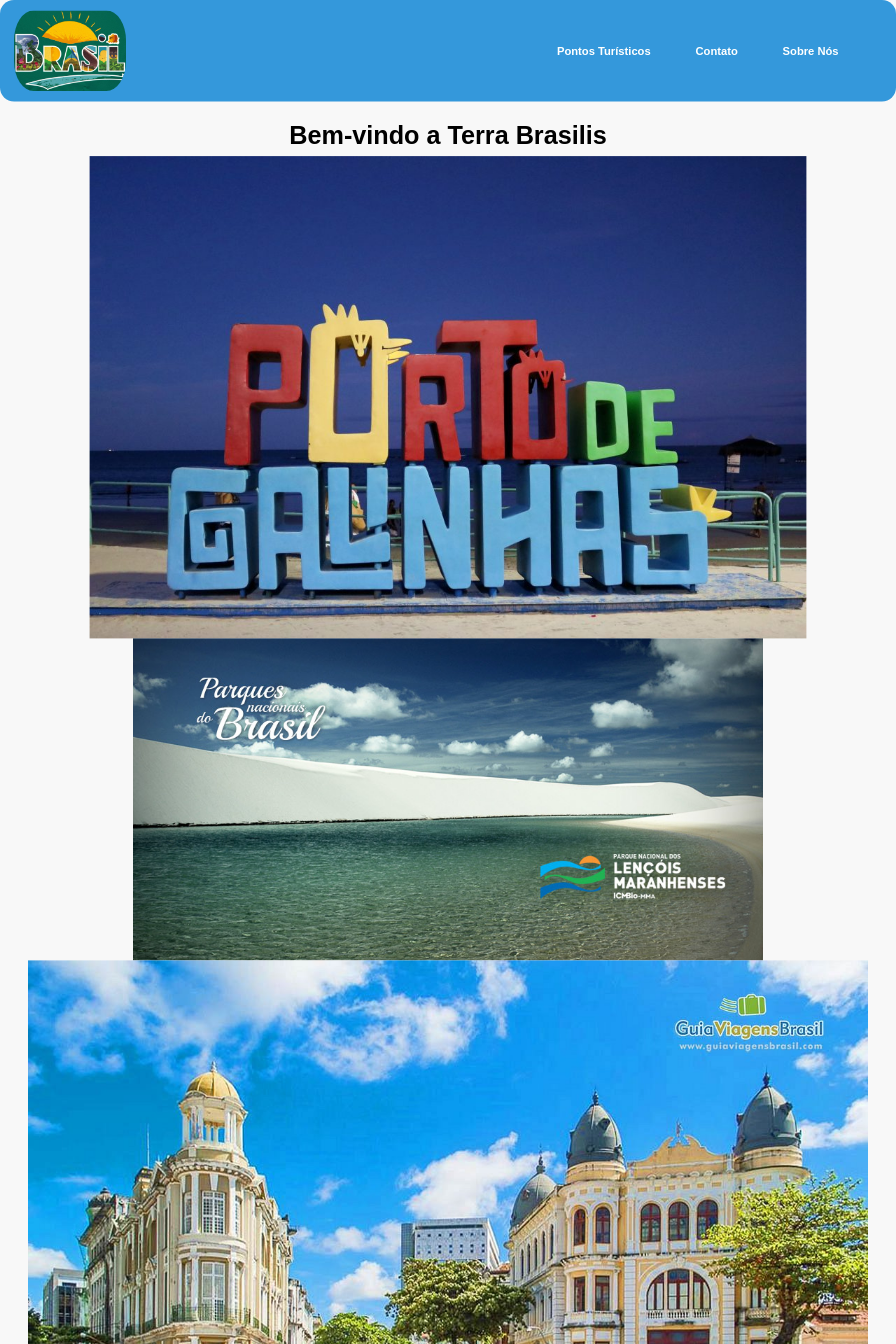
Repository: rodrigototy/ETE-PE
Page: tourism-agency/index.html
These files come from the project's save history. The page is drawn as it stood at one moment and after the next save; the edit follows.
The browser window is 1280 px wide. The pictures show the part of the page from y = 0 to 1920 px (the page is 7067 px tall before and 2542 px after), at 70% of full size.

Above is the page before, as saved 2024-04-04 22:19:16.

After the next save:
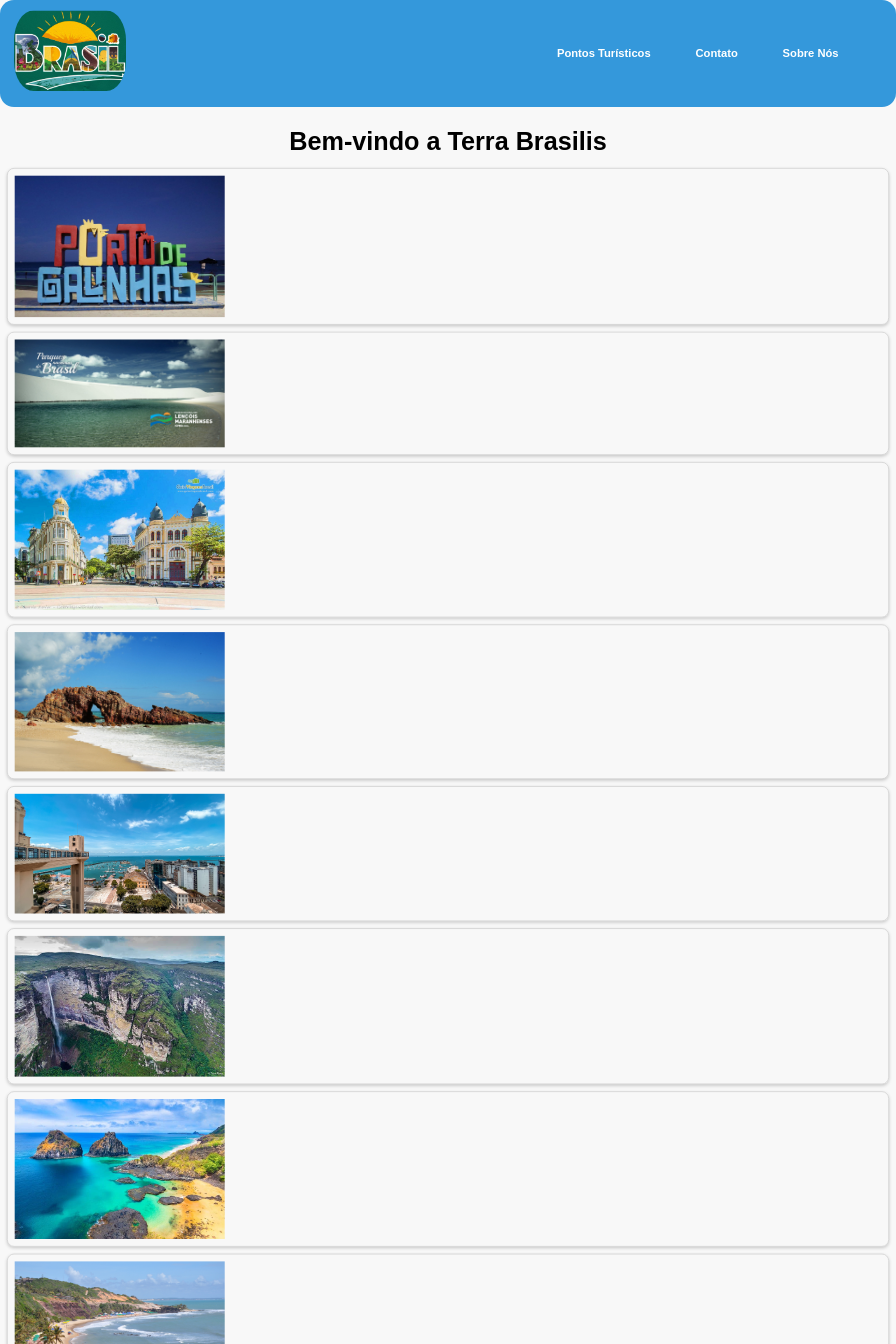
Saved 72 s later.
--- a/tourism-agency/static/css/style.css
+++ b/tourism-agency/static/css/style.css
@@ -14,4 +14,4 @@
 @import url('modules/module-main.css');
 
 /* Estilizar os page cards */
-@import url('modules/module-page-cards.css');
+@import url('modules/module-cards.css');
